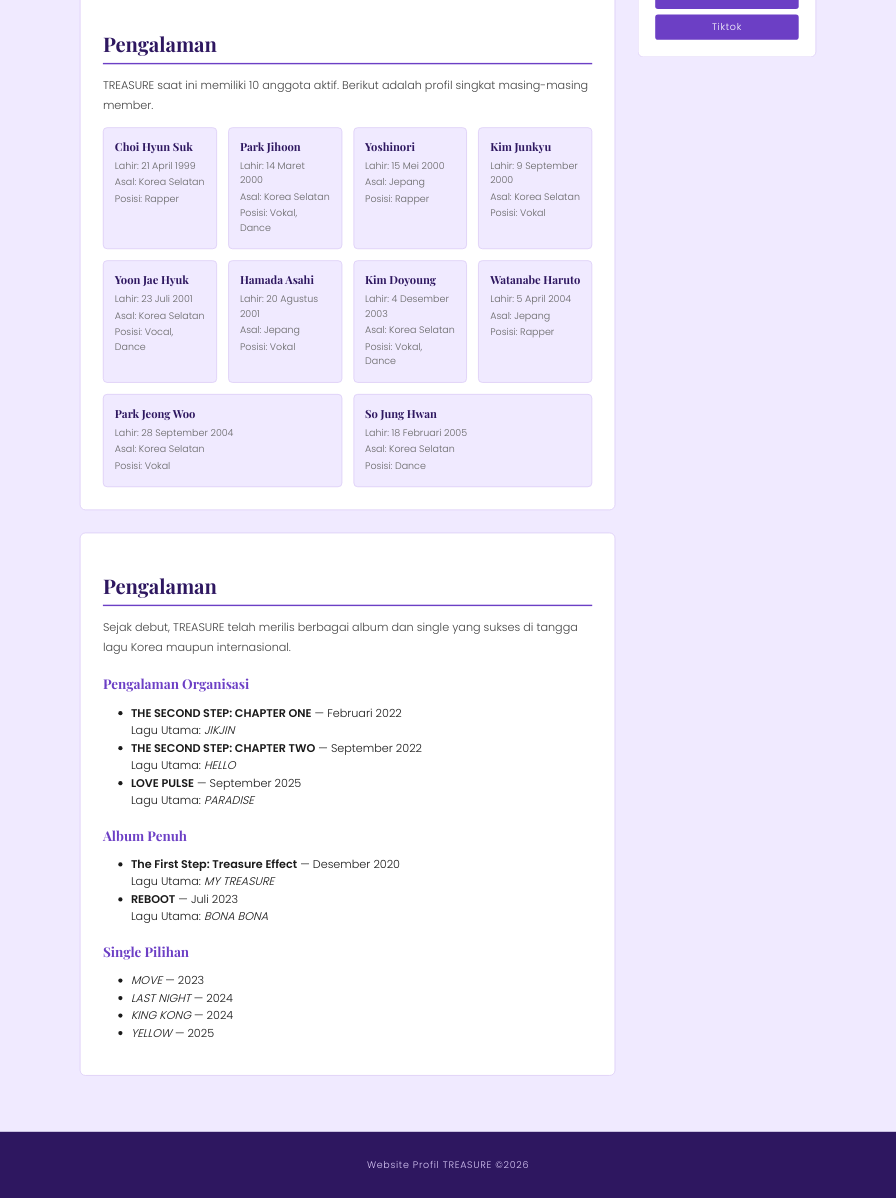
Repository: VergiMutiaRahmasyani/Website-Portofolio
Page: index.html
An editor plug-in stored every save of this project. The page is shown before and after a run of saves, followed by the edit.
The browser window is 1280 px wide. The pictures show the part of the page from y = 1057 to 2977 px (the page is 2769 px tall before and 2977 px after), at 70% of full size.

Above is the page before, as saved 2026-03-07 00:06:04.

### index.html
<!DOCTYPE html>
<html>
    <head>
        <meta charset="utf-8" />
        <meta name="viewport" content="width=device-width, initial-scale=1.0" />
        <title>Portofolio Vergi</title>

        <!-- My Own CSS -->
        <link rel="stylesheet" href="css/style.css" />

        <!-- Google Fonts -->
        <link rel="preconnect" href="https://fonts.googleapis.com">
        <link rel="preconnect" href="https://fonts.gstatic.com" crossorigin>
        <link href="https://fonts.googleapis.com/css2?family=Playfair+Display:wght@400;700&family=Poppins:wght@300;400;600&display=swap" rel="stylesheet">
    </head>

    <body>

        <!-- HEADER -->
        <header class="site-header">

            <!-- NAVBAR -->
            <div class="navbar">
                <nav class="nav-list">
                    <ul>
                        <li><a href="#profil">Profil</a></li>
                        <li><a href="#pendidikan">Pendidikan</a></li>
                        <li><a href="#pengalaman">Pengalaman</a></li>
                        <li><a href="https://www.dicoding.com/users/vergiimr/academies" target="_blank"> Resume</a></li>
                    </ul>
                </nav>
            </div>

            <div class="hero">
                <div class="hero-overlay">
                    <h1>Welcome, <br> To My Portofolio!</h1>
                </div>
            </div>

        </header>

        <!-- MAIN -->
        <main>
            <div class="content-wrapper">
                <div id="content">
                    <article id="profil">
                        <h2>Profil Saya</h2>
                        <p>
                            Saya seorang mahasiswa semester 5 Program Studi Manajemen Informatika di Universitas yang memiliki rasa
                            ingin tahu dan semangat yang besar. Dengan memiliki peminatan pada UI/UX Design dan Web Development,
                            saya telah berpengalaman dalam menciptakan solusi digital yang user-friendly dan berdampak. Melalui
                            kombinasi hard skills dan soft skills yang saya miliki, saya siap untuk beradaptasi dan memberikan kontribusi
                            nyata pada setiap proyek yang dijalankan.
                        </p>

                        <table class="info-table">
                            <tr>
                                <th>Address: </th>
                                <td>Karangbong Rt 03/Rw 04 Gedangan, Sidoarjo, Jawa Timur</td>
                            </tr>
                            <tr>
                                <th>Phone:</th>
                                <td>(+62)857 0721 2588</td>
                            </tr>
                            <tr>
                                <th>Email: </th>
                                <td>inivergimutia@gmail.com</td>
                            </tr>

                        </table>
                    </article>

                    <article id="pendidikan">
                        <h2> Pengalaman </h2>
                        <p>
                            TREASURE saat ini memiliki 10 anggota aktif. Berikut adalah profil singkat masing-masing member.
                        </p>

                        <div class="member-list">
                            <div class="member-card">
                                <h3>Choi Hyun Suk</h3>
                                <p>Lahir: 21 April 1999</p>
                                <p>Asal: Korea Selatan</p>
                                <p>Posisi: Rapper</p>
                            </div>
                            <div class="member-card">
                                <h3>Park Jihoon</h3>
                                <p>Lahir: 14 Maret 2000</p>
                                <p>Asal: Korea Selatan</p>
                                <p>Posisi: Vokal, Dance</p>
                            </div>
                            <div class="member-card">
                                <h3>Yoshinori</h3>
                                <p>Lahir: 15 Mei 2000</p>
                                <p>Asal: Jepang</p>
                                <p>Posisi: Rapper</p>
                            </div>
                            <div class="member-card">
                                <h3>Kim Junkyu</h3>
                                <p>Lahir: 9 September 2000</p>
                                <p>Asal: Korea Selatan</p>
                                <p>Posisi: Vokal</p>
                            </div>
                            <div class="member-card">
                                <h3>Yoon Jae Hyuk</h3>
                                <p>Lahir: 23 Juli 2001</p>
                                <p>Asal: Korea Selatan</p>
                                <p>Posisi: Vocal, Dance</p>
                            </div>
                            <div class="member-card">
                                <h3>Hamada Asahi</h3>
                                <p>Lahir: 20 Agustus 2001</p>
                                <p>Asal: Jepang</p>
                                <p>Posisi: Vokal</p>
                            </div>
                            <div class="member-card">
                                <h3>Kim Doyoung</h3>
                                <p>Lahir: 4 Desember 2003</p>
                                <p>Asal: Korea Selatan</p>
                                <p>Posisi: Vokal, Dance</p>
                            </div>
                            <div class="member-card">
                                <h3>Watanabe Haruto</h3>
                                <p>Lahir: 5 April 2004</p>
                                <p>Asal: Jepang</p>
                                <p>Posisi: Rapper</p>
                            </div>
                            <div class="member-card">
                                <h3>Park Jeong Woo</h3>
                                <p>Lahir: 28 September 2004</p>
                                <p>Asal: Korea Selatan</p>
                                <p>Posisi: Vokal</p>
                            </div>
                            <div class="member-card">
                                <h3>So Jung Hwan</h3>
                                <p>Lahir: 18 Februari 2005</p>
                                <p>Asal: Korea Selatan</p>
                                <p>Posisi: Dance</p>
                            </div>
                        </div>
                    </article>

                    <article id="pengalaman">
                        <h2>Pengalaman</h2>
                        <p>
                            Sejak debut, TREASURE telah merilis berbagai album dan single yang sukses di tangga lagu Korea maupun internasional.
                        </p>

                        <h3> Pengalaman Organisasi</h3>
                        <ul class="pengalaman-list">
                            <li>
                                <strong>THE SECOND STEP: CHAPTER ONE</strong> — Februari 2022
                                <br>Lagu Utama: <em>JIKJIN</em>
                            </li>
                            <li>
                                <strong>THE SECOND STEP: CHAPTER TWO</strong> — September 2022
                                <br>Lagu Utama: <em>HELLO</em>
                            </li>
                            <li>
                                <strong>LOVE PULSE</strong> — September 2025
                                <br>Lagu Utama: <em>PARADISE</em>
                            </li>
                        </ul>

                        <h3>Album Penuh</h3>
                        <ul class="pengalaman-list">
                            <li>
                                <strong>The First Step: Treasure Effect</strong> — Desember 2020
                                <br>Lagu Utama: <em>MY TREASURE</em>
                            </li>
                            <li>
                                <strong>REBOOT</strong> — Juli 2023
                                <br>Lagu Utama: <em>BONA BONA</em>
                            </li>
                        </ul>

                        <h3>Single Pilihan</h3>
                        <ul class="pengalaman-list">
                            <li><em>MOVE</em> — 2023</li>
                            <li><em>LAST NIGHT</em> — 2024</li>
                            <li><em>KING KONG</em> — 2024</li>
                            <li><em>YELLOW</em> — 2025</li>
                        </ul>
                    </article>

                </div>

                <!-- ASIDE -->
                <aside>
                    <div class="aside-inner">
                        <h3>Info Singkat</h3>
                        <img src="https://assets.promediateknologi.id/crop/102x655:921x1098/750x0/webp/photo/2023/07/03/F0HwG4daEAE8TSh-2407782942.jpg" alt="Logo TREASURE" class="aside-img" />
                        <ul class="aside-info">
                            <li><strong>Debut:</strong> 7 Agustus 2020</li>
                            <li><strong>Agensi:</strong> YG Entertainment</li>
                            <li><strong>Member:</strong> 10 orang</li>
                            <li><strong>Fandom:</strong> TREASURE MAKER</li>
                            <li><strong>Genre:</strong> K-Pop, Hip-Hop, R&B</li>
                        </ul>

                        <h3>Media Sosial</h3>
                        <ul class="aside-social">
                            <li><a href="https://www.instagram.com/yg_treasure_official/" target="_blank">Instagram</a></li>
                            <li><a href="https://www.youtube.com/@TREASURE" target="_blank">Youtube</a></li>
                            <li><a href="https://tiktok.com/@yg_treasure_tiktok" target="_blank">Tiktok</a></li>
                        </ul>
                    </div>
                </aside>
            </div>

        </main>

        <!-- FOOTER -->
        <footer>
            <p>Website Profil TREASURE &copy;2026 </p>
        </footer>

    </body>
</html>

### css/style.css
*,
*::before,
*::after {
    box-sizing: border-box;
}

/* =====================
   PALET WARNA UNGU
   --ungu-gelap   : #2e1760  (navbar, footer)
   --ungu-utama   : #6c3fc5  (aksen utama)
   --ungu-sedang  : #9b6ee0  (hover, border)
   --ungu-muda    : #d8c8f5  (border ringan)
   --ungu-pucat   : #f0eaff  (background halaman)
   ===================== */

body {
    font-family: 'Poppins', sans-serif;
    font-weight: 300;
    background-color: #f0eaff;
    color: #1a1a1a;
    margin: 0;
}


/* =====================
   HEADER
   ===================== */

header.site-header {
    background-color: #2e1760;
    color: white;
}

/* NAVBAR */
header.site-header .navbar {
    padding: 1rem 2rem;
    position: fixed;
    top: 0;
    left: 0;
    right: 0;
    width: 100%;
    z-index: 999;
    background-color: #2e1760;
}

header.site-header .nav-list ul {
    list-style: none;
    padding: 0;
    margin: 0;

    display: flex;
    justify-content: center;
    gap: 2rem;
}

header.site-header .nav-list li a {
    text-decoration: none;
    color: #d8c8f5;
    font-size: 0.9rem;
    font-weight: 400;
    letter-spacing: 1px;
    transition: color 0.2s ease;
}

header.site-header .nav-list li a:hover {
    color: white;
}

/* HERO */
header.site-header .hero {
    position: relative;
    width: 100%;
    height: 420px;
    overflow: hidden;
    margin-top: 57px;
}

header.site-header .hero .hero-img {
    width: 100%;
    height: 100%;
    object-fit: cover;
    object-position: top;
    opacity: 0.4;
    display: block;
}

header.site-header .hero .hero-overlay {
    position: absolute;
    inset: 0;

    display: flex;
    align-items: center;
    justify-content: center;
}

header.site-header .hero .hero-overlay h1 {
    font-family: 'Playfair Display', serif;
    font-size: 5rem;
    letter-spacing: 10px;
    color: white;
    margin: 0;
    text-align: center;
}


/* =====================
   MAIN & LAYOUT
   ===================== */

main {
    max-width: 1100px;
    margin-inline: auto;
    padding: 2rem 1.5rem;
}

.content-wrapper {
    display: flex;
    gap: 2rem;
    align-items: flex-start;
}

#content {
    flex: 3;

    display: flex;
    flex-direction: column;
    gap: 2rem;
}


/* =====================
   ARTICLE
   ===================== */

article {
    background-color: white;
    border: 1px solid #d8c8f5;
    border-radius: 8px;
    padding: 2rem;
}

article h2 {
    font-family: 'Playfair Display', serif;
    font-size: 1.8rem;
    margin-bottom: 1rem;
    padding-bottom: 0.5rem;
    border-bottom: 2px solid #6c3fc5;
    color: #2e1760;
}

article h3 {
    font-family: 'Playfair Display', serif;
    font-size: 1.2rem;
    margin-top: 1.5rem;
    margin-bottom: 0.5rem;
    color: #6c3fc5;
}

article p {
    line-height: 1.8;
    margin-bottom: 1rem;
    color: #444;
}


/* =====================
   TABEL INFO
   ===================== */

.info-table {
    width: 100%;
    border-collapse: collapse;
    margin-top: 1.5rem;
}

.info-table th,
.info-table td {
    padding: 0.6rem 1rem;
    text-align: left;
    border-bottom: 1px solid #d8c8f5;
    font-size: 0.95rem;
}

.info-table th {
    width: 35%;
    font-weight: 600;
    color: #2e1760;
    background-color: #f0eaff;
}

.info-table td {
    color: #444;
}


/* =====================
   MEMBER CARDS
   ===================== */

.member-list {
    display: flex;
    flex-wrap: wrap;
    gap: 1rem;
    margin-top: 1rem;
}

.member-card {
    flex: 1 1 160px;
    background-color: #f0eaff;
    border: 1px solid #d8c8f5;
    border-radius: 6px;
    padding: 1rem;
}

.member-card h3 {
    font-size: 1rem;
    margin-top: 0;
    margin-bottom: 0.5rem;
    color: #2e1760;
}

.member-card p {
    font-size: 0.85rem;
    color: #666;
    margin: 0.2rem 0;
    line-height: 1.5;
}


/* =====================
   ALBUM LIST
   ===================== */

.album-list {
    list-style: none;
    padding: 0;
    margin: 0.5rem 0 1rem 0;

    display: flex;
    flex-direction: column;
    gap: 0.6rem;
}

.album-list li {
    padding: 0.7rem 1rem;
    background-color: #f0eaff;
    border-left: 3px solid #6c3fc5;
    border-radius: 0 4px 4px 0;
    font-size: 0.9rem;
    color: #444;
    line-height: 1.6;
}


/* =====================
   ASIDE
   ===================== */

aside {
    flex: 1;
    position: sticky;
    top: 80px;
}

aside .aside-inner {
    background-color: white;
    border: 1px solid #d8c8f5;
    border-radius: 8px;
    padding: 1.5rem;
}

aside h3 {
    font-family: 'Playfair Display', serif;
    font-size: 1.1rem;
    margin-top: 1.2rem;
    margin-bottom: 0.8rem;
    padding-bottom: 0.4rem;
    border-bottom: 1px solid #d8c8f5;
    color: #2e1760;
}

aside h3:first-child {
    margin-top: 0;
}

.aside-img {
    width: 100%;
    max-width: 250px;
    height: 200px;
    object-fit: cover;
    object-position: top;
    display: block;
    margin: 0.5rem auto 1rem auto;
    border-radius: 6px;
}

.aside-info {
    list-style: none;
    padding: 0;
    margin: 0;

    display: flex;
    flex-direction: column;
    gap: 0.4rem;
}

.aside-info li {
    font-size: 0.85rem;
    color: #444;
    line-height: 1.6;
}

.aside-social {
    list-style: none;
    padding: 0;
    margin: 0;

    display: flex;
    flex-direction: column;
    gap: 0.5rem;
}

.aside-social li a {
    display: block;
    text-align: center;
    padding: 0.5rem;
    background-color: #6c3fc5;
    color: white;
    text-decoration: none;
    border-radius: 4px;
    font-size: 0.85rem;
    letter-spacing: 1px;
    transition: background-color 0.2s ease;
}

.aside-social li a:hover {
    background-color: #9b6ee0;
}


/* =====================
   FOOTER
   ===================== */

footer {
    background-color: #2e1760;
    color: #d8c8f5;
    text-align: center;
    padding: 1.5rem;
    margin-top: 3rem;
    font-size: 0.85rem;
    letter-spacing: 1px;
}


/* =====================
   RESPONSIVE
   ===================== */

@media screen and (max-width: 768px) {
    header.site-header .nav-list ul {
        flex-wrap: wrap;
        justify-content: center;
        gap: 0.8rem;
    }

    .content-wrapper {
        flex-direction: column;
    }

    aside {
        position: static;
        width: 100%;
    }

    .member-card {
        flex: 1 1 130px;
    }
}

After the next 2 saves:
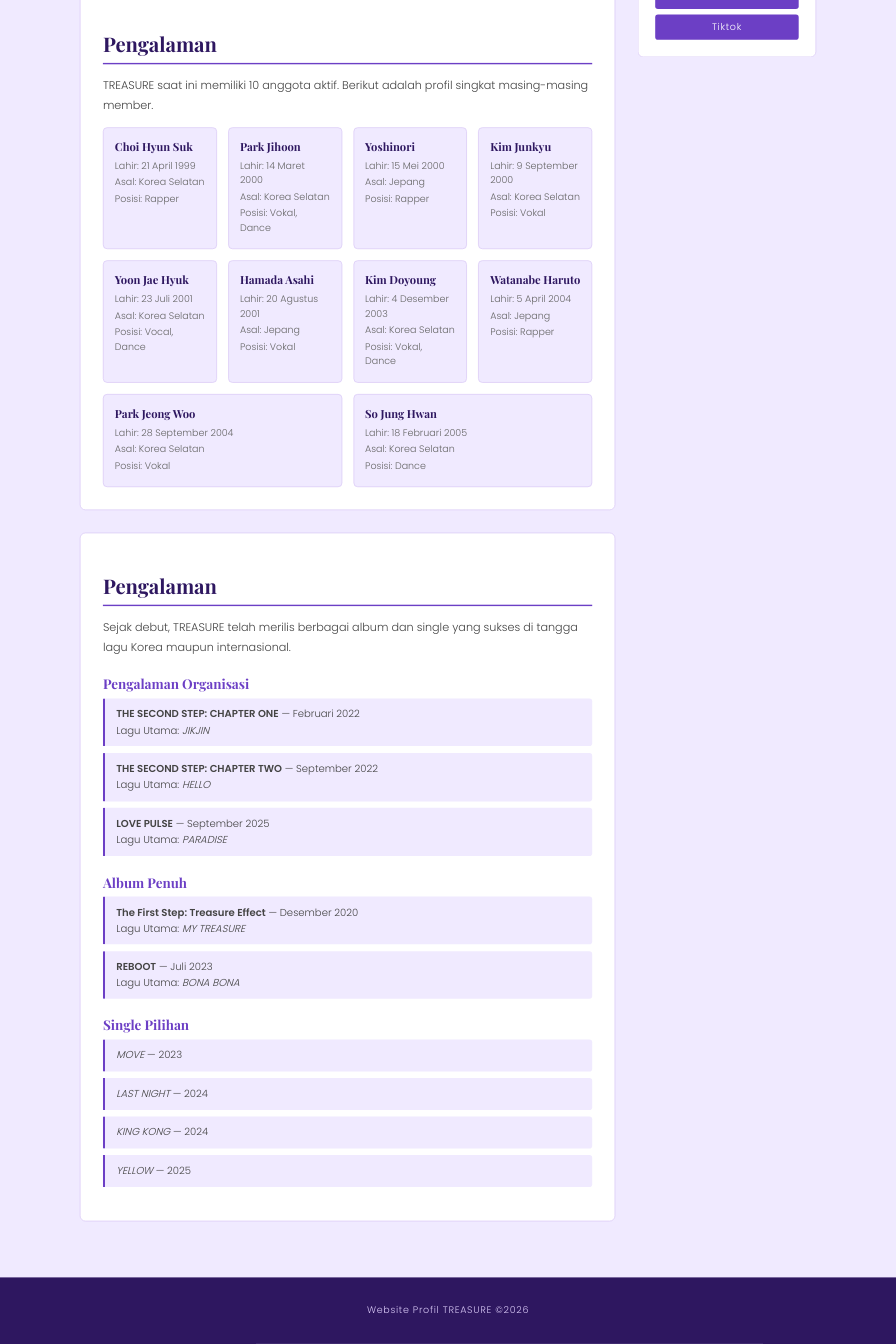
The 2 saves are shown as one change because they came seconds apart.
The last was saved 21 s later.
--- a/css/style.css
+++ b/css/style.css
@@ -231,7 +231,7 @@
    ALBUM LIST
    ===================== */
 
-.album-list {
+.pengalaman-list {
     list-style: none;
     padding: 0;
     margin: 0.5rem 0 1rem 0;
@@ -241,7 +241,7 @@
     gap: 0.6rem;
 }
 
-.album-list li {
+.pengalaman-list li {
     padding: 0.7rem 1rem;
     background-color: #f0eaff;
     border-left: 3px solid #6c3fc5;
